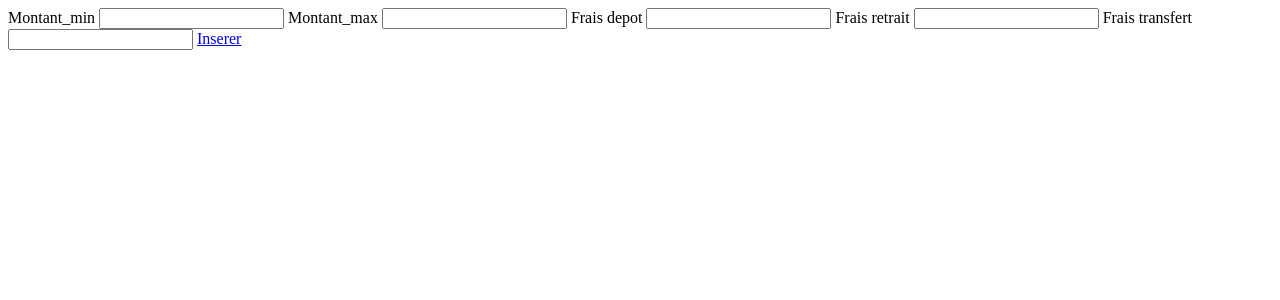
Repository: mitantsoa1/cash
Page: http://localhost/Views/Back/frais.php
An editor plug-in stored every save of this project. The page is shown before and after the next save, followed by the edit.
The browser window is 1280 px wide. The pictures show the whole page.
The page is run by PHP 8.4 with error messages shown; the project is at /var/www/html/.

Above is the page before, as saved 2021-01-18 17:24:04.
Console error: SyntaxError: Unexpected token '<'

After the next save:
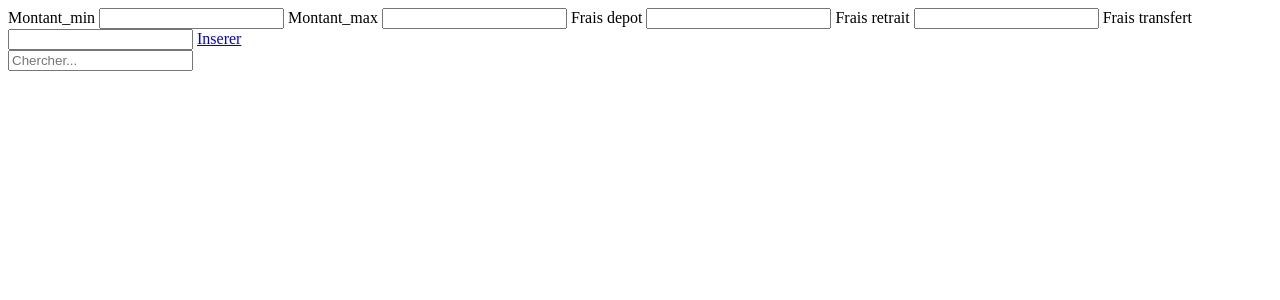
Saved 37 s later.
--- a/Views/Back/frais.php
+++ b/Views/Back/frais.php
@@ -67,6 +67,9 @@
 			<a href="#" id="btn_frais_afficher" class=" btn btn-info"><span></span><span></span><span></span><span></span> Afficher tous</a>
 			<a href="#" id="btn_frais_cacher" class=" btn btn-primary hide "><span></span><span></span><span></span><span></span> Cacher </a> -->
 		</form>
+
+		<input class="form-control" id="In_put" type="text" placeholder="Chercher...">
+
 		<div class="frais_contentes">
 
 		</div>

After the save that followed:
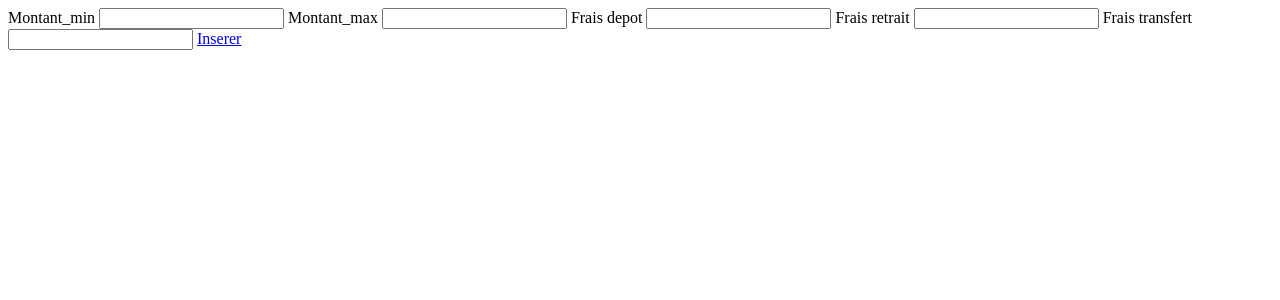
Saved 41 s later.
--- a/Views/Back/frais.php
+++ b/Views/Back/frais.php
@@ -68,7 +68,7 @@
 			<a href="#" id="btn_frais_cacher" class=" btn btn-primary hide "><span></span><span></span><span></span><span></span> Cacher </a> -->
 		</form>
 
-		<input class="form-control" id="In_put" type="text" placeholder="Chercher...">
+
 
 		<div class="frais_contentes">
 
